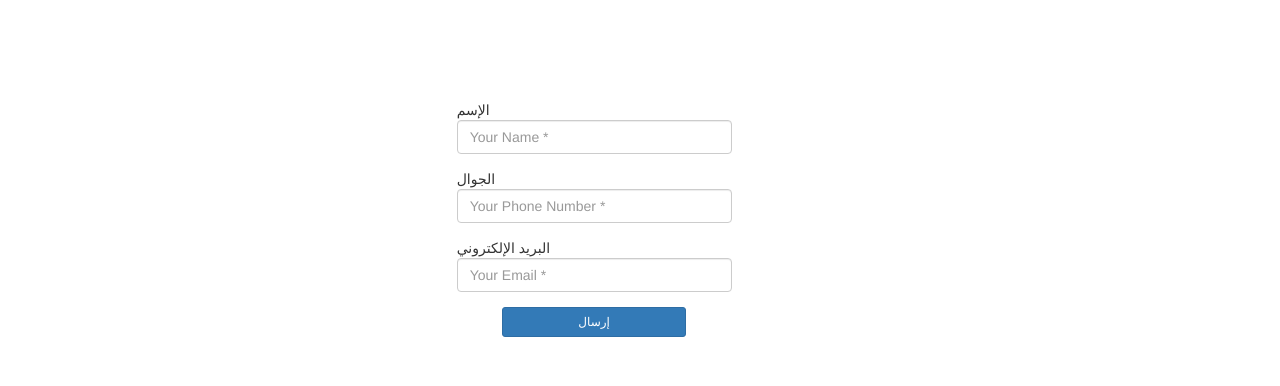
Repository: Abdaljawad-Aya/Itbeep-task
Page: http://localhost/form-user
An editor plug-in stored every save of this project. The page is shown before and after the next save, followed by the edit.
The browser window is 1280 px wide. The pictures show the whole page.
The page is served by the project's Laravel application, run on PHP 8.4 with Laravel 8.

Above is the page before, as saved 2021-03-07 18:55:00.

After the next save:
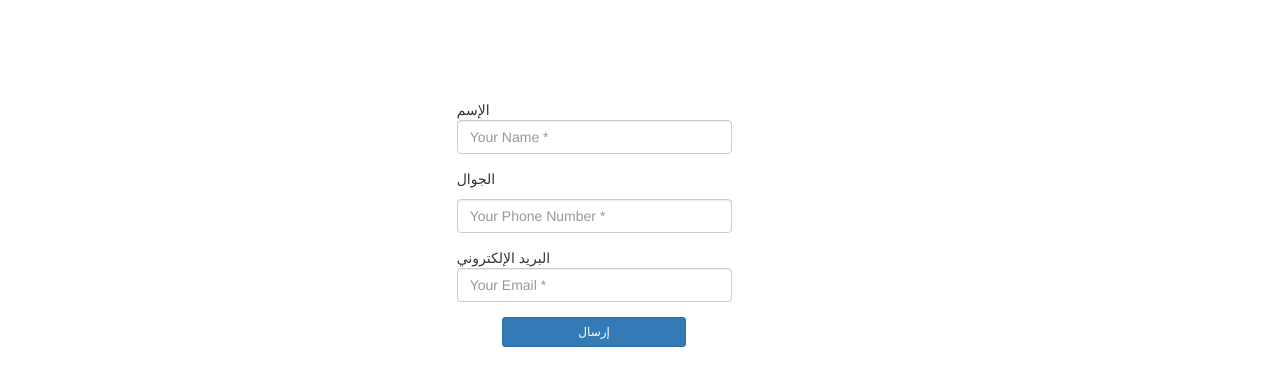
Saved 39 s later.
--- a/singlePageApp/resources/views/form-user.blade.php
+++ b/singlePageApp/resources/views/form-user.blade.php
@@ -47,7 +47,7 @@
         {{-- MOBILE --}}
 
         <div class="form-group" {{$errors->has('mobile') ? 'has-error' : ''}}>
-            الجوال
+            <p>الجوال</p>
          <input type="text" name="mobile" class="form-control" placeholder="Your Phone Number *" required/>
 
          @if ($errors->has('mobile'))
